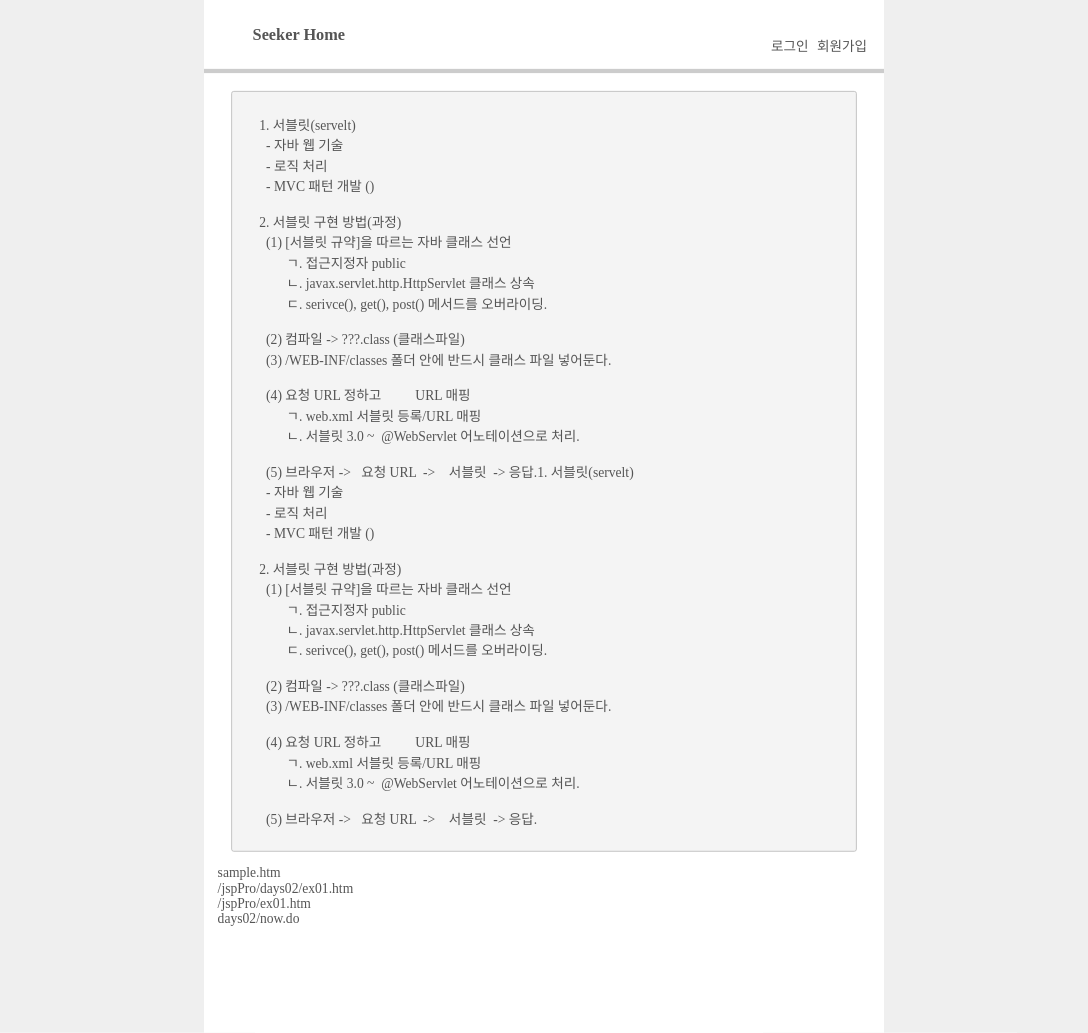
Repository: Seeker2250/JspTest
Page: http://localhost/jspPro/days02/ex03.jsp
These files come from the project's save history. The page is drawn as it stood at one moment and after the next save; the edit follows.
The browser window is 1280 px wide. The pictures show the whole page, at 85% of full size.
Some web fonts or font styles are not loaded; a fallback is used. The page is served by Tomcat 9.

Above is the page before, as saved 2024-10-16 07:24:44.

After the next save:
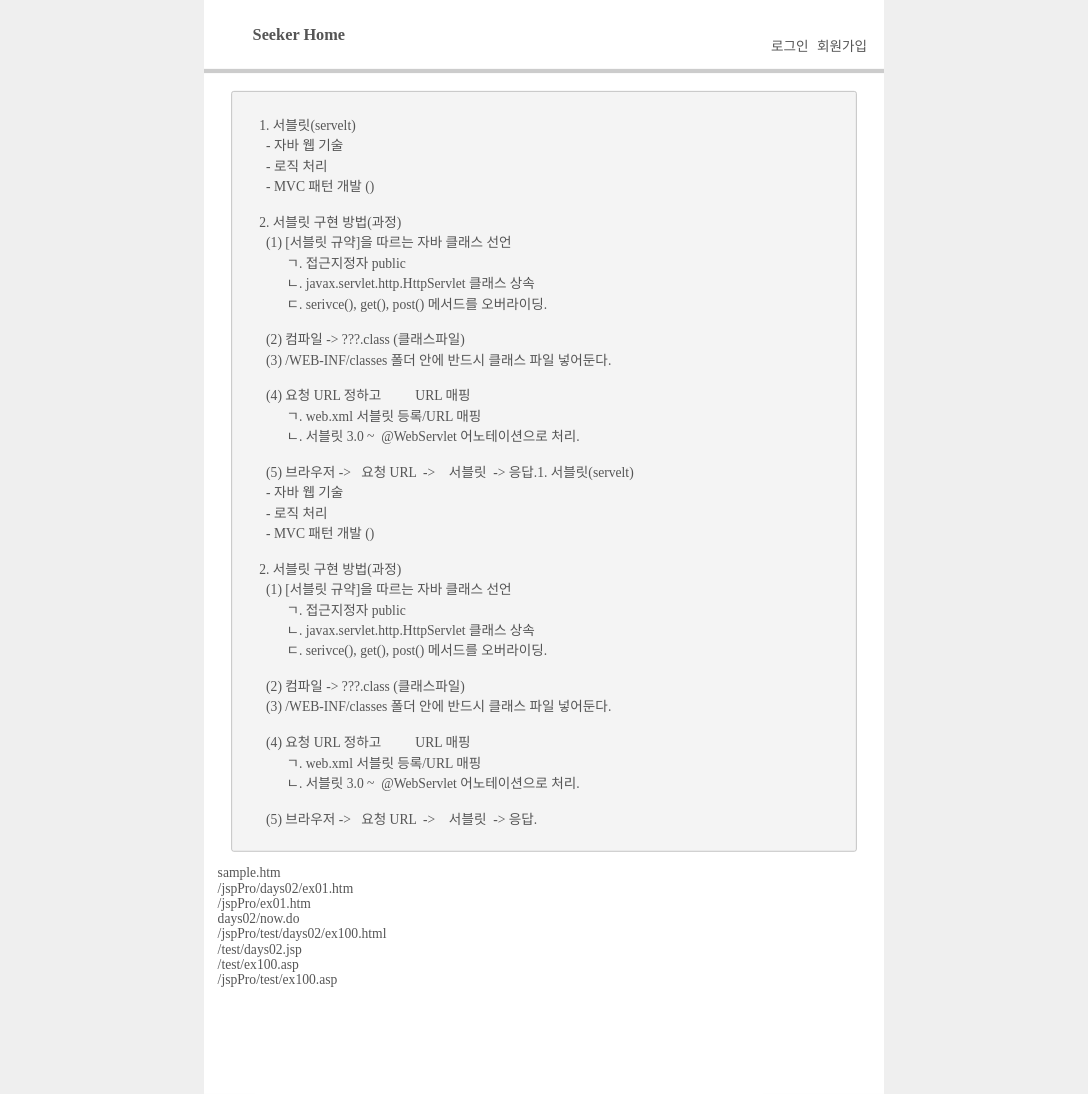
Saved 2 min 51 s later.
--- a/jspPro/src/main/webapp/days02/ex03.jsp
+++ b/jspPro/src/main/webapp/days02/ex03.jsp
@@ -70,6 +70,14 @@
   <a href="/jspPro/ex01.htm">/jspPro/ex01.htm</a><br>
   <!-- <a href="/days02/now.do">/jspPro/ex01.htm</a><br> 여기서 /로 시작하면 localhost로 시작이라 안돼-->
   <a href="/jspPro/days02/now.do">days02/now.do</a><br>
+
+
+  <!-- <url-pattern>/test/*</url-pattern> -->
+  <a href="/jspPro/test/days02/ex100.html">/jspPro/test/days02/ex100.html</a><br>
+  <a href="/test/days02.jsp">/test/days02.jsp</a><br>
+  <a href="/test/ex100.asp">/test/ex100.asp</a><br>
+  <a href="/jspPro/test/ex100.asp">/jspPro/test/ex100.asp</a><br>
+
 </div>
 </body>
 </html>
